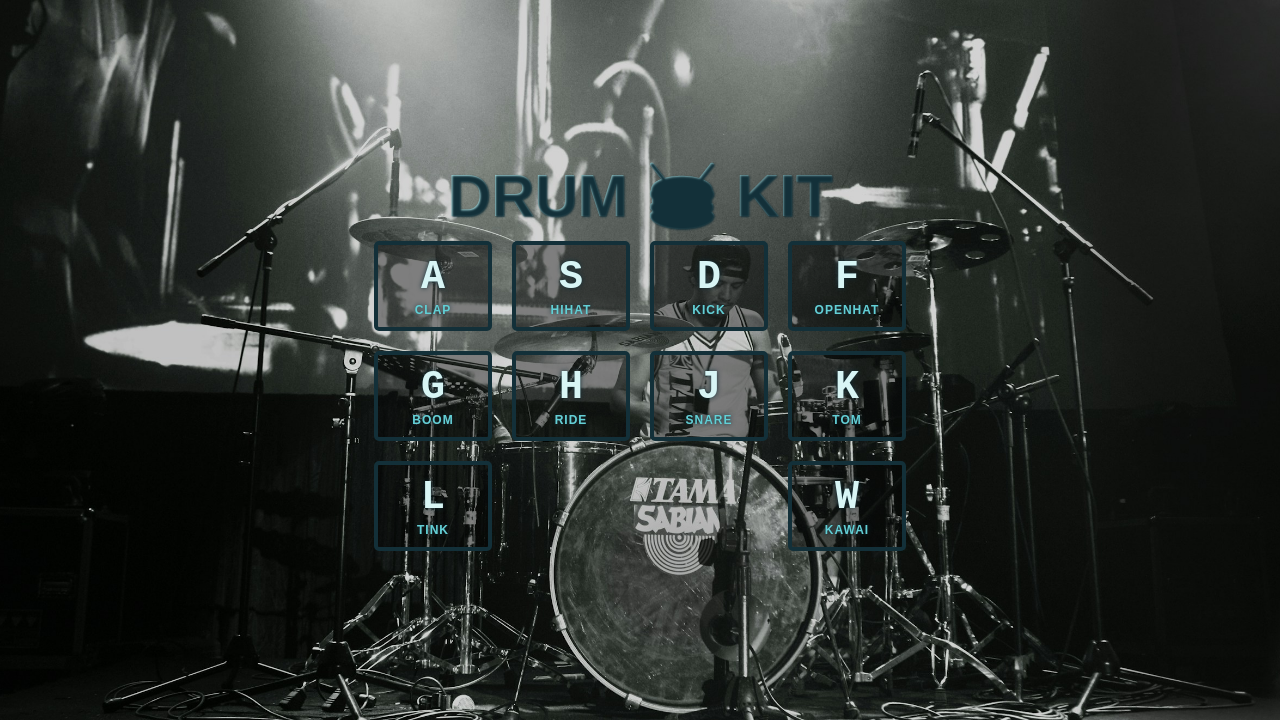
Repository: Freezler/drumkitJS
Page: index.html
These files come from the project's save history. The page is drawn as it stood at one moment and after the next save; the edit follows.
The browser window is 1280 px wide. The pictures show the whole page.

Above is the page before, as saved 2024-08-23 23:46:10.

After the next save:
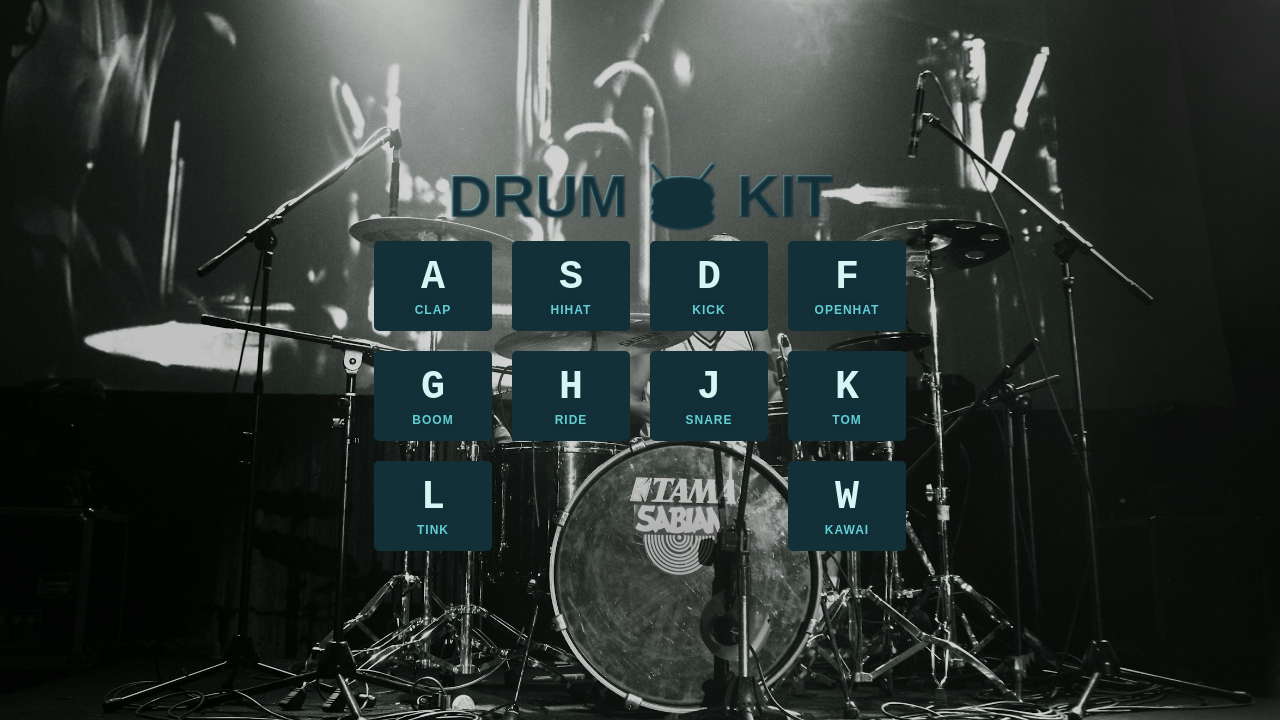
Saved 42 s later.
--- a/style.css
+++ b/style.css
@@ -72,7 +72,7 @@
   width: 10rem;
   text-align: center;
   color: var(--100);
-  background: rgba(0, 0, 0, 0.4);
+  background: var(--950);
   text-shadow: 0 0 .5rem var(--950);
 }
 
